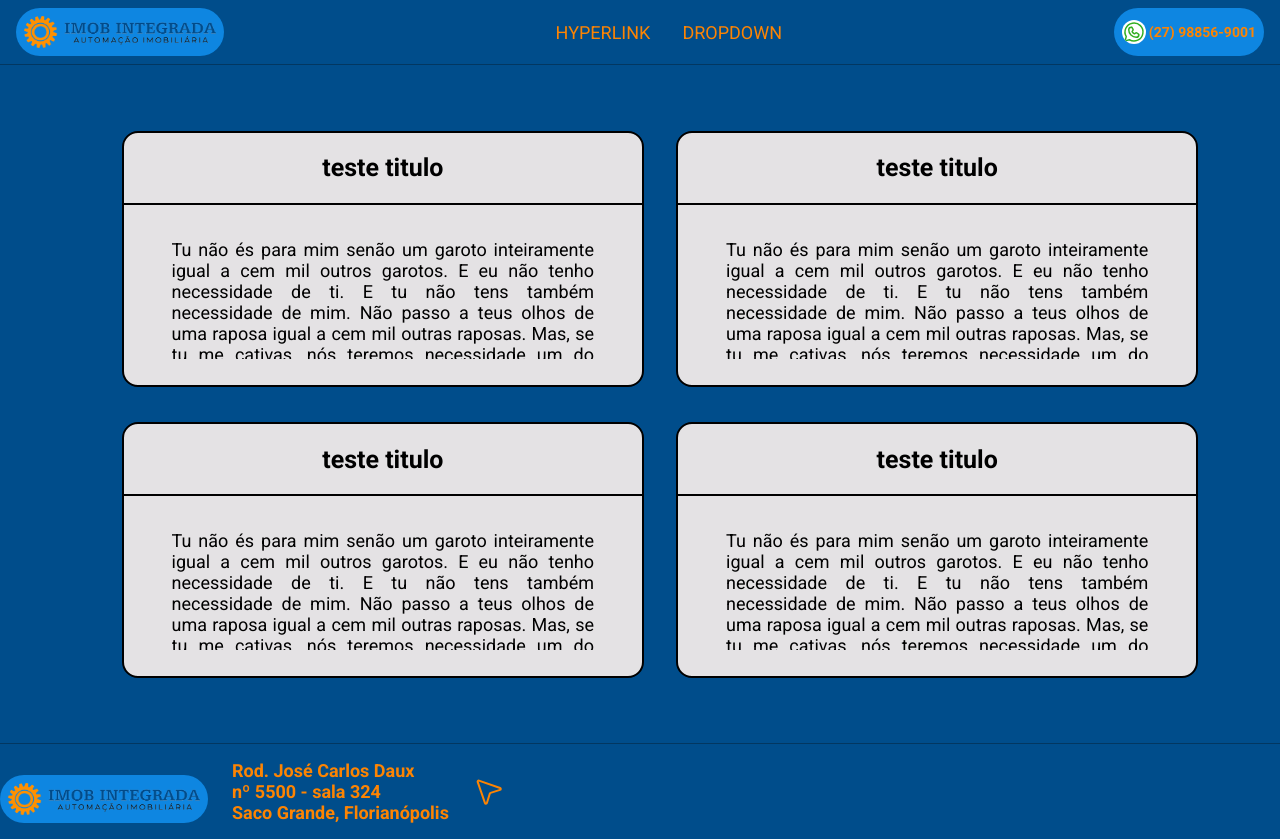
Repository: K0slov/testeAPI
Page: /
These files come from the project's save history. The page is drawn as it stood at one moment and after the next save; the edit follows.
The browser window is 1280 px wide. The pictures show the whole page.
The project was rebuilt for these pictures with package versions that can differ from the ones it lists, and the page was loaded fresh each time. Also part of the build but not shown: vite.config.ts.

Above is the page before, as saved 2022-06-27 22:23:39.

After the next save:
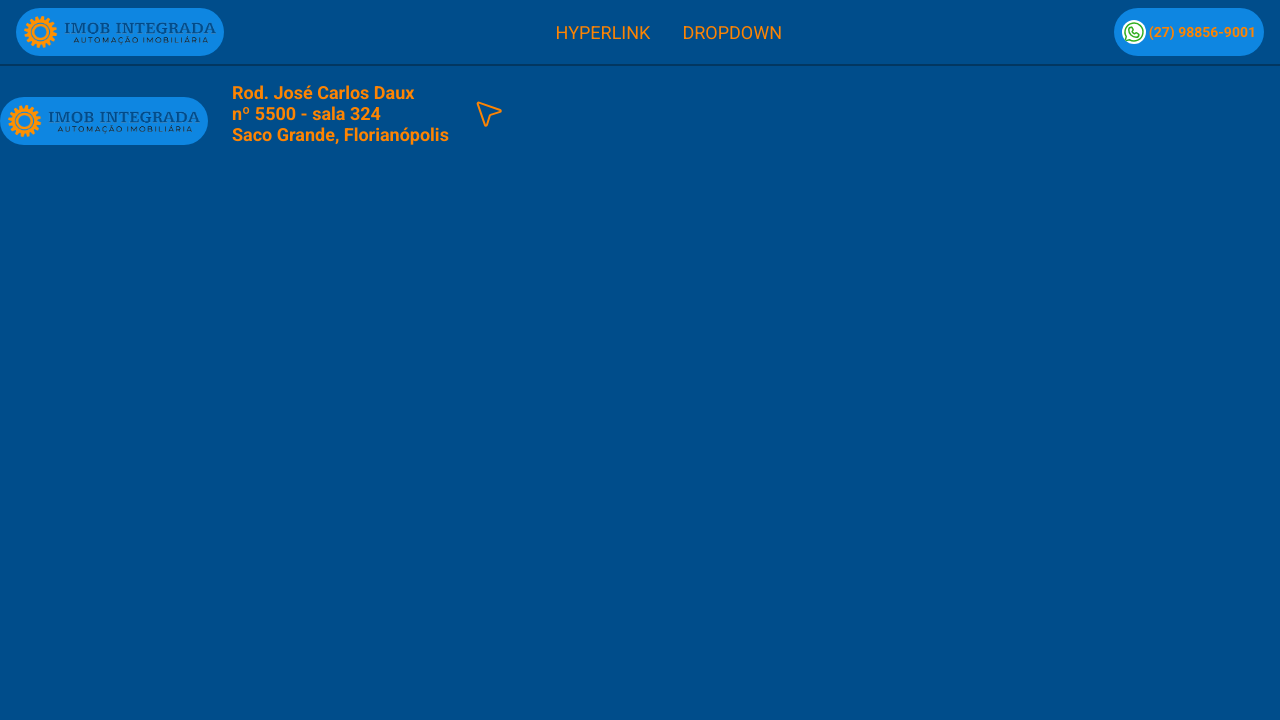
Saved 10 h 40 min later.
--- a/src/App.tsx
+++ b/src/App.tsx
@@ -7,7 +7,7 @@ function App() {
   return (
     <>
       <Header />
-      <CardsGroup />
+      {/* <CardsGroup /> */}
       <Footer />
     </>
   )
